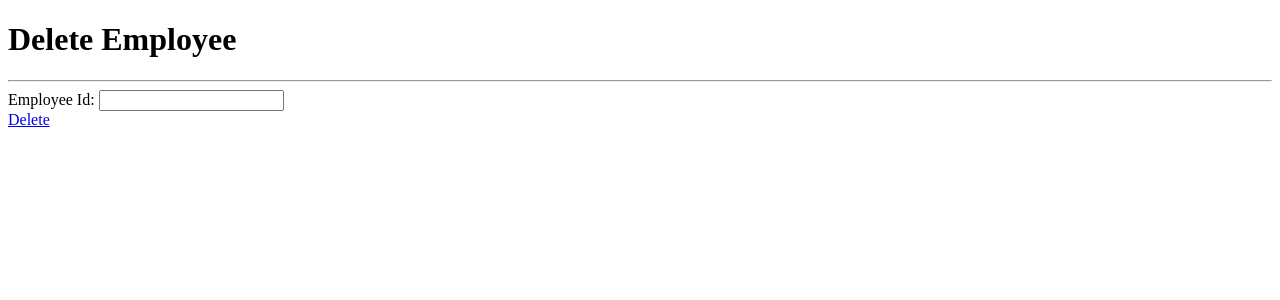
Repository: laikrish/day10
Page: http://localhost/EmployeeApp/deleteEmployee.jsp
These files come from the project's save history. The page is drawn as it stood at one moment and after the next save; the edit follows.
The browser window is 1280 px wide. The pictures show the whole page.
The page is served by Tomcat 9.

Above is the page before, as saved 2018-09-08 07:08:29.

After the next save:
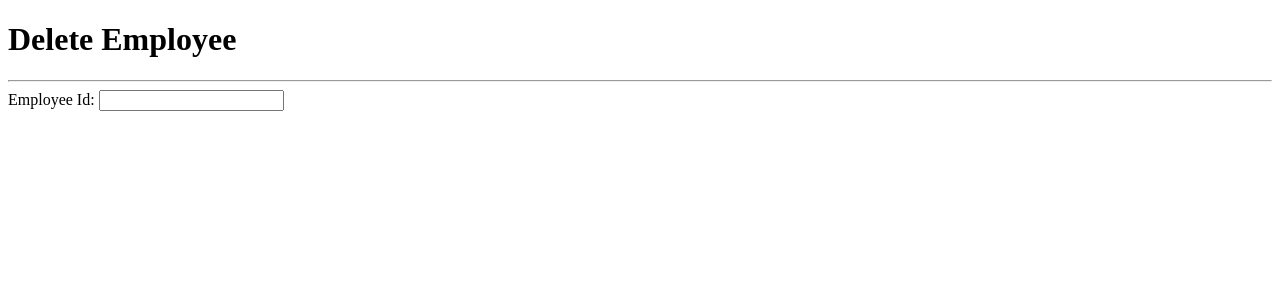
Saved 12 min 27 s later.
--- a/EmployeeApp/WebContent/deleteEmployee.jsp
+++ b/EmployeeApp/WebContent/deleteEmployee.jsp
@@ -14,7 +14,7 @@
     <input type="number" name="empId" required/>
     <br>
 <!--     <th><input type="submit" name="Delete"/></th> -->
-    <a href= "deleteMessage.jsp">Delete</a>
+<!--     <a href= "deleteMessage.jsp">Delete</a> -->
     <br>
 </form>
 </body>

After the save that followed:
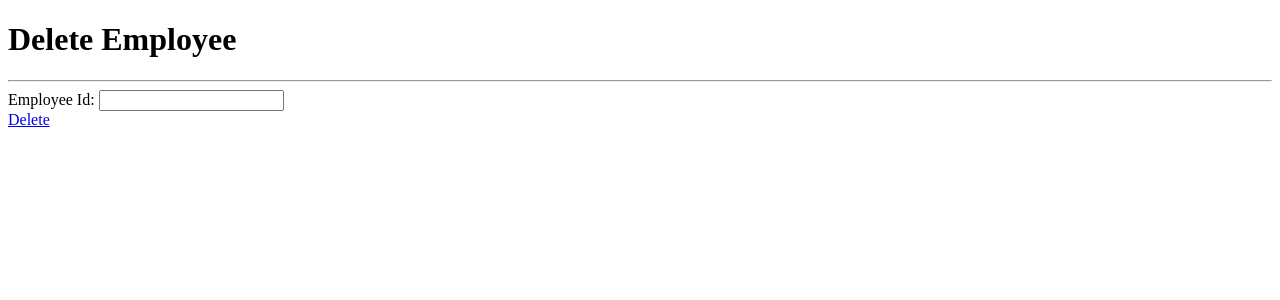
Saved 3 min 24 s later.
--- a/EmployeeApp/WebContent/deleteEmployee.jsp
+++ b/EmployeeApp/WebContent/deleteEmployee.jsp
@@ -14,7 +14,7 @@
     <input type="number" name="empId" required/>
     <br>
 <!--     <th><input type="submit" name="Delete"/></th> -->
-<!--     <a href= "deleteMessage.jsp">Delete</a> -->
+    <a href= "deleteEmployee.jsp">Delete</a>
     <br>
 </form>
 </body>
